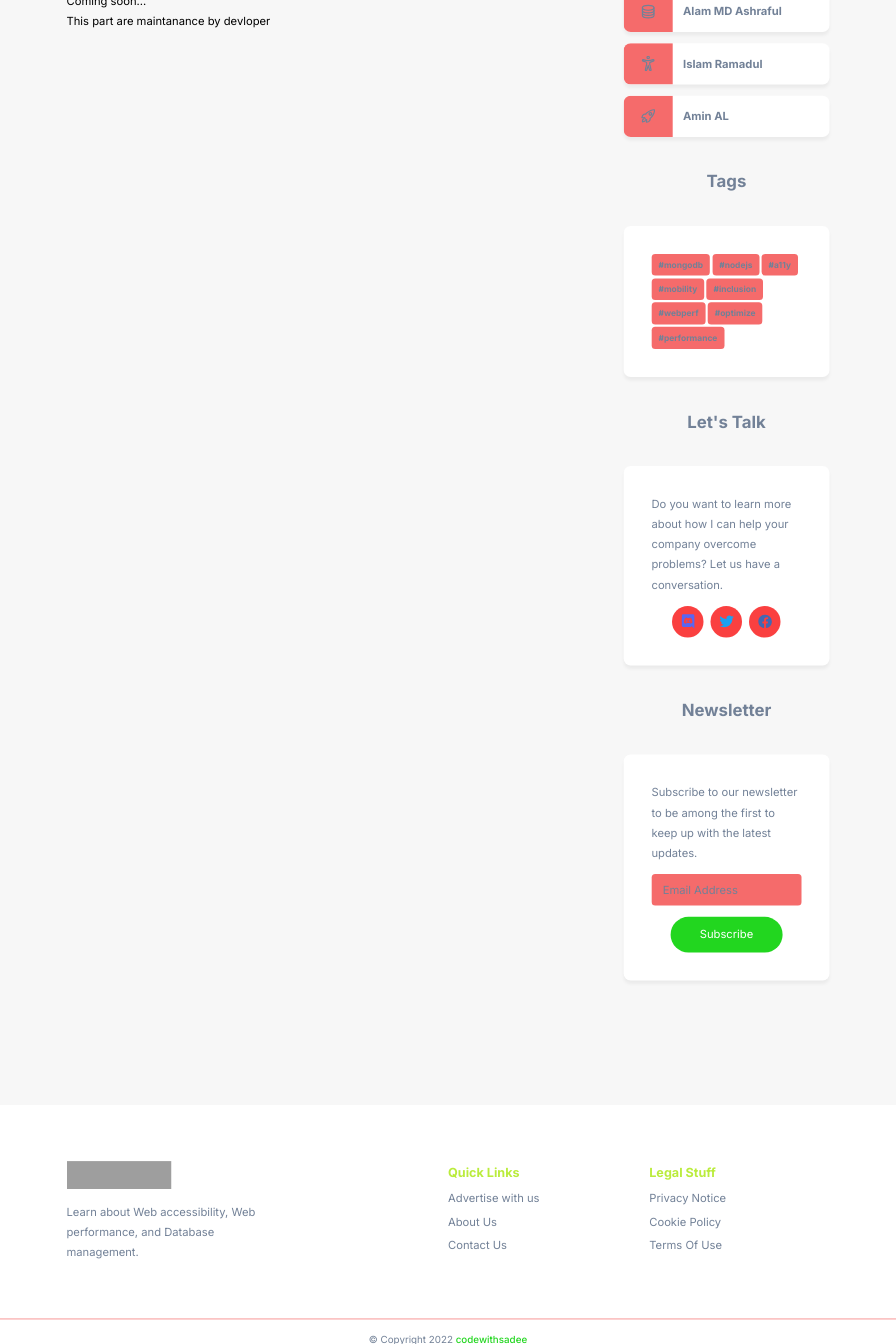
Repository: ramizraaz/zjuTeam
Page: main.html
An editor plug-in stored every save of this project. The page is shown before and after the next save, followed by the edit.
The browser window is 1280 px wide. The pictures show the part of the page from y = 724 to 2644 px (the page is 2666 px tall before and 2323 px after), at 70% of full size.
Pictures or frames that could not be fetched are drawn as grey boxes. A picture or video elsewhere on the page could not be fetched, so the positions and the page height are approximate.

Above is the page before, as saved 2023-10-09 02:26:10.

### main.html
<!DOCTYPE html>
<html lang="en">

<head>
    <meta charset="UTF-8">
    <meta http-equiv="X-UA-Compatible" content="IE=edge">
    <meta name="viewport" content="width=device-width, initial-scale=1.0">
    <title>Team IDE at Zju,NB</title>

    <!--
    - favicon
  -->
    <link rel="shortcut icon" href="./assets/images/favicon.ico" type="image/x-icon">

    <!--
    - custom css link
  -->
    <link rel="stylesheet" href="main.css">

    <!--
    - google font link
  -->
    <link rel="preconnect" href="https://fonts.googleapis.com">
    <link rel="preconnect" href="https://fonts.gstatic.com" crossorigin>
    <link href="https://fonts.googleapis.com/css2?family=Inter:wght@400;500;600;700;900&display=swap" rel="stylesheet">
</head>

<body class="light-theme">

    <!--
    - #HEADER
  -->

    <header>

        <div class="container">

            <nav class="navbar">

                <a href="#">
                    <img src="img/teamLogo.png" alt="Team LoGo" width="150" height="80" class="logo-light">
                    <img src="./assets/images/logo-dark.svg" alt="Devblog's logo" width="150" height="40" class="logo-dark">
                </a>

                <div class="btn-group">

                    <button class="theme-btn theme-btn-mobile light">
            <ion-icon name="moon" class="moon"></ion-icon>
            <ion-icon name="sunny" class="sun"></ion-icon>
          </button>

                    <button class="nav-menu-btn">
            <ion-icon name="menu-outline"></ion-icon>
          </button>

                </div>

                <div class="flex-wrapper">

                    <ul class="desktop-nav">

                        <li>
                            <a href="#" class="nav-link">Home</a>
                        </li>

                        <li>
                            <a href="#" class="nav-link">About US</a>
                        </li>

                        <li>
                            <a href="#" class="nav-link">Contact US</a>
                        </li>

                    </ul>

                    <button class="theme-btn theme-btn-desktop light">
            <ion-icon name="moon" class="moon"></ion-icon>
            <ion-icon name="sunny" class="sun"></ion-icon>
          </button>

                </div>

                <div class="mobile-nav">

                    <button class="nav-close-btn">
            <ion-icon name="close-outline"></ion-icon>
          </button>

                    <div class="wrapper">

                        <p class="h3 nav-title">Main Menu</p>

                        <ul>
                            <li class="nav-item">
                                <a href="#" class="nav-link">Home</a>
                            </li>

                            <li class="nav-item">
                                <a href="#" class="nav-link">About Me</a>
                            </li>

                            <li class="nav-item">
                                <a href="#" class="nav-link">Contact</a>
                            </li>
                        </ul>

                    </div>
                </div>

            </nav>

        </div>

    </header>





    <main>

        <!--
      - #HERO SECTION
    -->

        <div class="hero">

            <div class="container">

                <div class="left">

                    <h1 class="h1">
                        Hi, We're <b>IDE&nbsp;Team</b>.
                        <br>at Zju,NB
                    </h1>

                    <p class="h3">
                        Your problems <abbr title="Accessibility">is</abbr> our opportunity
                    </p>

                    <div class="btn-group">
                        <a href="#" class="btn btn-primary">Contact us</a>
                        <a href="#" class="btn btn-secondary">About us</a>
                    </div>

                </div>

                <div class="right">

                    <div class="pattern-bg"></div>
                    <div class="img-box">
                        <img src="img/teamPhoto.jpg" alt="Group Photo" class="hero-img">
                    </div>

                </div>

            </div>

        </div>





        <div class="main">

            <div class="container">

                <!--
          - BLOG SECTION
        -->

                <div class="blog">

                    <h2 class="h2">Our Project Blogs</h2>
                    <p>Coming soon... <br> This part are maintanance by devloper</p>

                </div>





                <!--
          - ASIDE
        -->

                <div class="aside">

                    <div class="topics">

                        <h2 class="h2">Group Members</h2>

                        <a href="#" class="topic-btn">
                            <div class="icon-box">
                                <ion-icon name="server-outline"></ion-icon>
                            </div>

                            <p>Alam MD Ashraful</p>
                        </a>

                        <a href="#" class="topic-btn">
                            <div class="icon-box">
                                <ion-icon name="accessibility-outline"></ion-icon>
                            </div>

                            <p>Islam Ramadul</p>
                        </a>

                        <a href="#" class="topic-btn">
                            <div class="icon-box">
                                <ion-icon name="rocket-outline"></ion-icon>
                            </div>

                            <p>Amin AL</p>
                        </a>

                    </div>

                    <div class="tags">

                        <h2 class="h2">Tags</h2>

                        <div class="wrapper">

                            <button class="hashtag">#mongodb</button>
                            <button class="hashtag">#nodejs</button>
                            <button class="hashtag">#a11y</button>
                            <button class="hashtag">#mobility</button>
                            <button class="hashtag">#inclusion</button>
                            <button class="hashtag">#webperf</button>
                            <button class="hashtag">#optimize</button>
                            <button class="hashtag">#performance</button>

                        </div>

                    </div>

                    <div class="contact">

                        <h2 class="h2">Let's Talk</h2>

                        <div class="wrapper">

                            <p>
                                Do you want to learn more about how I can help your company overcome problems? Let us have a conversation.
                            </p>

                            <ul class="social-link">

                                <li>
                                    <a href="#" class="icon-box discord">
                                        <ion-icon name="logo-discord"></ion-icon>
                                    </a>
                                </li>

                                <li>
                                    <a href="#" class="icon-box twitter">
                                        <ion-icon name="logo-twitter"></ion-icon>
                                    </a>
                                </li>

                                <li>
                                    <a href="#" class="icon-box facebook">
                                        <ion-icon name="logo-facebook"></ion-icon>
                                    </a>
                                </li>

                            </ul>

                        </div>

                    </div>

                    <div class="newsletter">

                        <h2 class="h2">Newsletter</h2>

                        <div class="wrapper">

                            <p>
                                Subscribe to our newsletter to be among the first to keep up with the latest updates.
                            </p>

                            <form action="#">
                                <input type="email" name="email" placeholder="Email Address" required>

                                <button type="submit" class="btn btn-primary">Subscribe</button>
                            </form>

                        </div>

                    </div>

                </div>

            </div>

        </div>

    </main>





    <!--
    - #FOOTER
  -->

    <footer>

        <div class="container">

            <div class="wrapper">

                <a href="#" class="footer-logo">
                    <img src="./assets/images/logo-light.svg" alt="DevBlog's Logo" width="150" height="40" class="logo-light">
                    <img src="./assets/images/logo-dark.svg" alt="DevBlog's Logo" width="150" height="40" class="logo-dark">
                </a>

                <p class="footer-text">
                    Learn about Web accessibility, Web performance, and Database management.
                </p>

            </div>

            <div class="wrapper">

                <p class="footer-title">Quick Links</p>

                <ul>

                    <li>
                        <a href="#" class="footer-link">Advertise with us</a>
                    </li>

                    <li>
                        <a href="#" class="footer-link">About Us</a>
                    </li>

                    <li>
                        <a href="#" class="footer-link">Contact Us</a>
                    </li>

                </ul>

            </div>

            <div class="wrapper">

                <p class="footer-title">Legal Stuff</p>

                <ul>

                    <li>
                        <a href="#" class="footer-link">Privacy Notice</a>
                    </li>

                    <li>
                        <a href="#" class="footer-link">Cookie Policy</a>
                    </li>

                    <li>
                        <a href="#" class="footer-link">Terms Of Use</a>
                    </li>

                </ul>

            </div>

        </div>

        <p class="copyright">
            &copy; Copyright 2022 <a href="#">codewithsadee</a>
        </p>

    </footer>





    <!--
    - custom js link
  -->
    <script src="./assets/js/script.min.js"></script>

    <!--
    - ionicon link
  -->
    <script type="module" src="https://unpkg.com/ionicons@5.5.2/dist/ionicons/ionicons.esm.js"></script>
    <script nomodule src="https://unpkg.com/ionicons@5.5.2/dist/ionicons/ionicons.js"></script>
</body>

</html>

Loaded but not shown: js/script.min.js (common file); main.css (994 lines, source omitted)

After the next save:
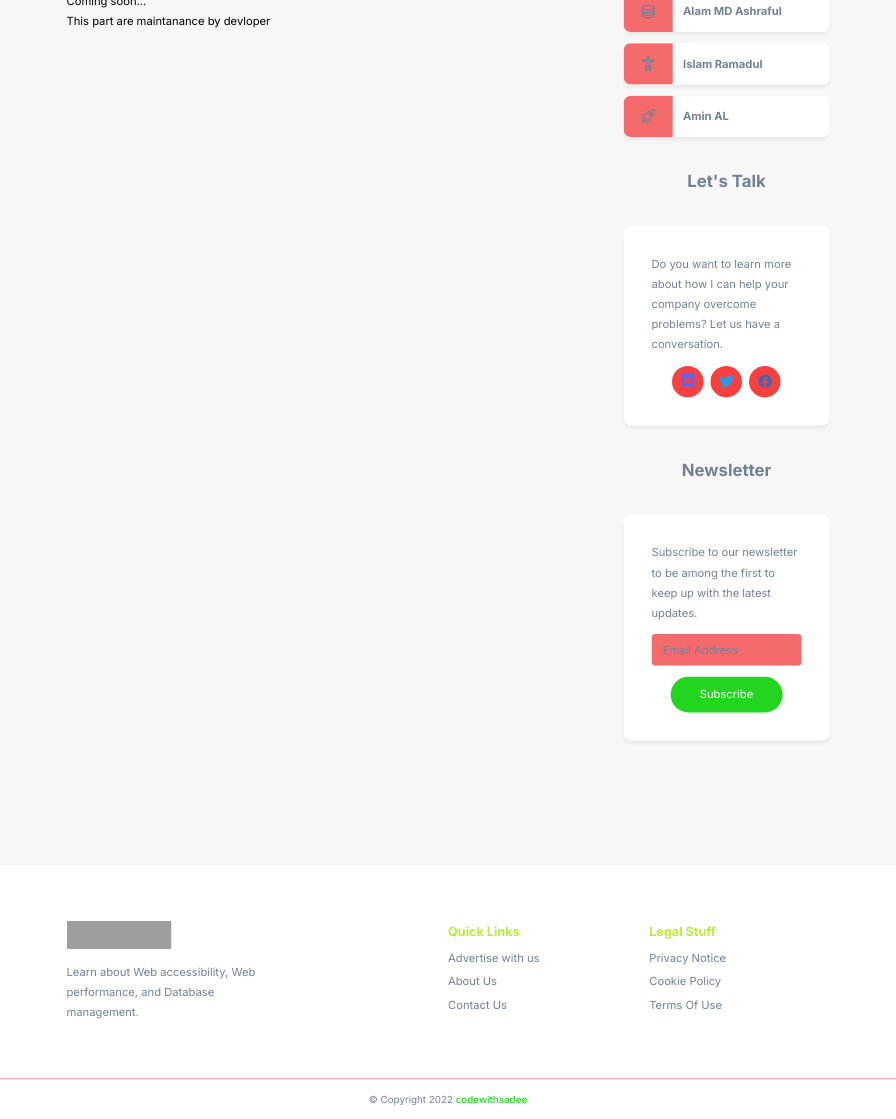
Saved 17 s later.
--- a/main.html
+++ b/main.html
@@ -216,26 +216,6 @@
                         </a>
 
                     </div>
-
-                    <div class="tags">
-
-                        <h2 class="h2">Tags</h2>
-
-                        <div class="wrapper">
-
-                            <button class="hashtag">#mongodb</button>
-                            <button class="hashtag">#nodejs</button>
-                            <button class="hashtag">#a11y</button>
-                            <button class="hashtag">#mobility</button>
-                            <button class="hashtag">#inclusion</button>
-                            <button class="hashtag">#webperf</button>
-                            <button class="hashtag">#optimize</button>
-                            <button class="hashtag">#performance</button>
-
-                        </div>
-
-                    </div>
-
                     <div class="contact">
 
                         <h2 class="h2">Let's Talk</h2>
